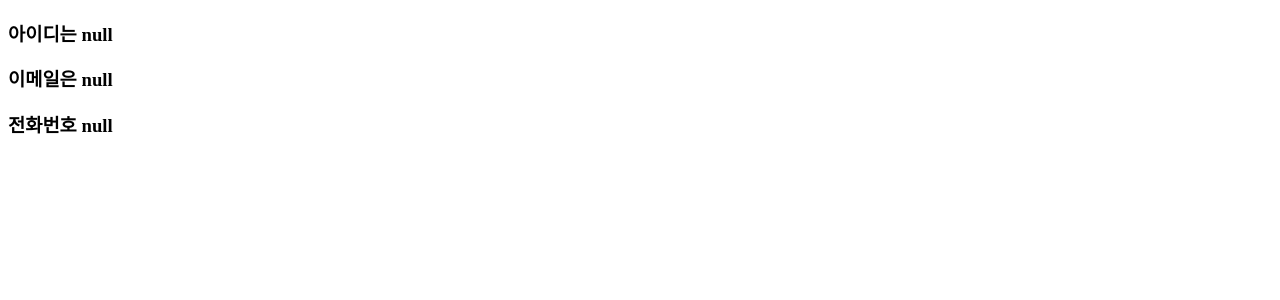
Repository: BartsimisraB/JavaPractice_
Page: http://localhost/Webpractice7/MemberJoinProc.jsp
These files come from the project's save history. The page is drawn as it stood at one moment and after the next save; the edit follows.
The browser window is 1280 px wide. The pictures show the whole page.
The page is served by Tomcat 9. Other server files are loaded and not shown.

Above is the page before, as saved 2023-01-12 07:12:34.

### Webpractice7/src/main/webapp/MemberJoinProc.jsp
<%@ page language="java" contentType="text/html; charset=UTF-8"
    pageEncoding="UTF-8"%>
<!DOCTYPE html>
<html>
<head>
<meta charset="UTF-8">
<title>Insert title here</title>
</head>
<body>
<%
	request.setCharacterEncoding("UTF-8");
%>
<!-- request로 넘어온 데이터를 자바빈즈랑 매핑시켜주는 useBean -->
 <jsp:useBean id = "sbean" class = "bean.StuBean">
	<!-- 객체 생성 StuBean sbean = new StuBean(); -->

	<!-- jsp 내용을 자바빈 클래스에 데이터를 매핑(넣어)해준다 -->
	<jsp:setProperty name = "sbean" property="*"/>
	<!-- 자동으로 전부 다 매핑시켜라 -->
</jsp:useBean>

<h3>아이디는 <jsp:getProperty property = "id" name = "sbean"/></h3>
<h3>이메일은 <jsp:getProperty property = "email" name = "sbean"/></h3>
<h3>전화번호 <%=sbean.getTel() %></h3>


</body>
</html>

### Webpractice7/src/main/java/bean/StuBean.java
package bean;

public class StuBean {

	private String id;
	private String pass;
	private String email;
	private String tel;
	private String addr;

	public String getId() {
		return id;
	}

	public void setId(String id) {
		this.id = id;
	}

	public String getPass() {
		return pass;
	}

	public void setPass(String pass) {
		this.pass = pass;
	}

	public String getEmail() {
		return email;
	}

	public void setEmail(String email) {
		this.email = email;
	}

	public String getTel() {
		return tel;
	}

	public void setTel(String tel) {
		this.tel = tel;
	}

	public String getAddr() {
		return addr;
	}

	public void setAddr(String addr) {
		this.addr = addr;
	}
}

After the next save:
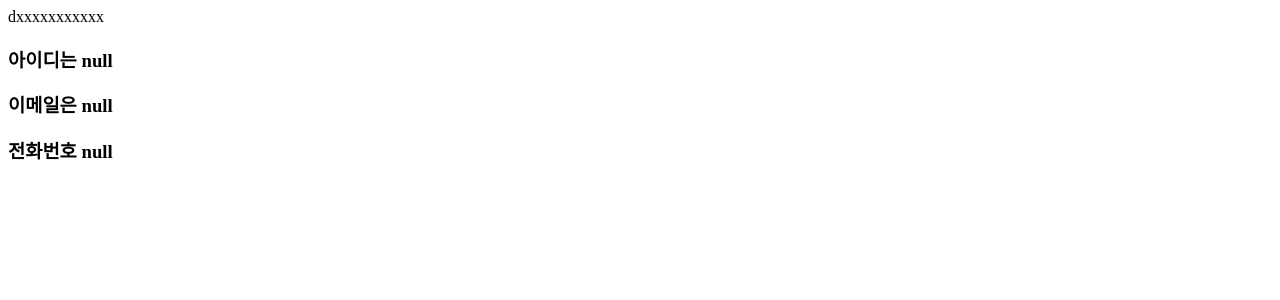
Saved 13 min 54 s later.
--- a/Webpractice7/src/main/webapp/MemberJoinProc.jsp
+++ b/Webpractice7/src/main/webapp/MemberJoinProc.jsp
@@ -10,7 +10,7 @@
 <%
 	request.setCharacterEncoding("UTF-8");
 %>
-<!-- request로 넘어온 데이터를 자바빈즈랑 매핑시켜주는 useBean -->
+<!-- request로 넘어온 데이터를 자바빈즈랑 매핑시켜주는 useBean -->dxxxxxxxxxxx
  <jsp:useBean id = "sbean" class = "bean.StuBean">
 	<!-- 객체 생성 StuBean sbean = new StuBean(); -->
 
